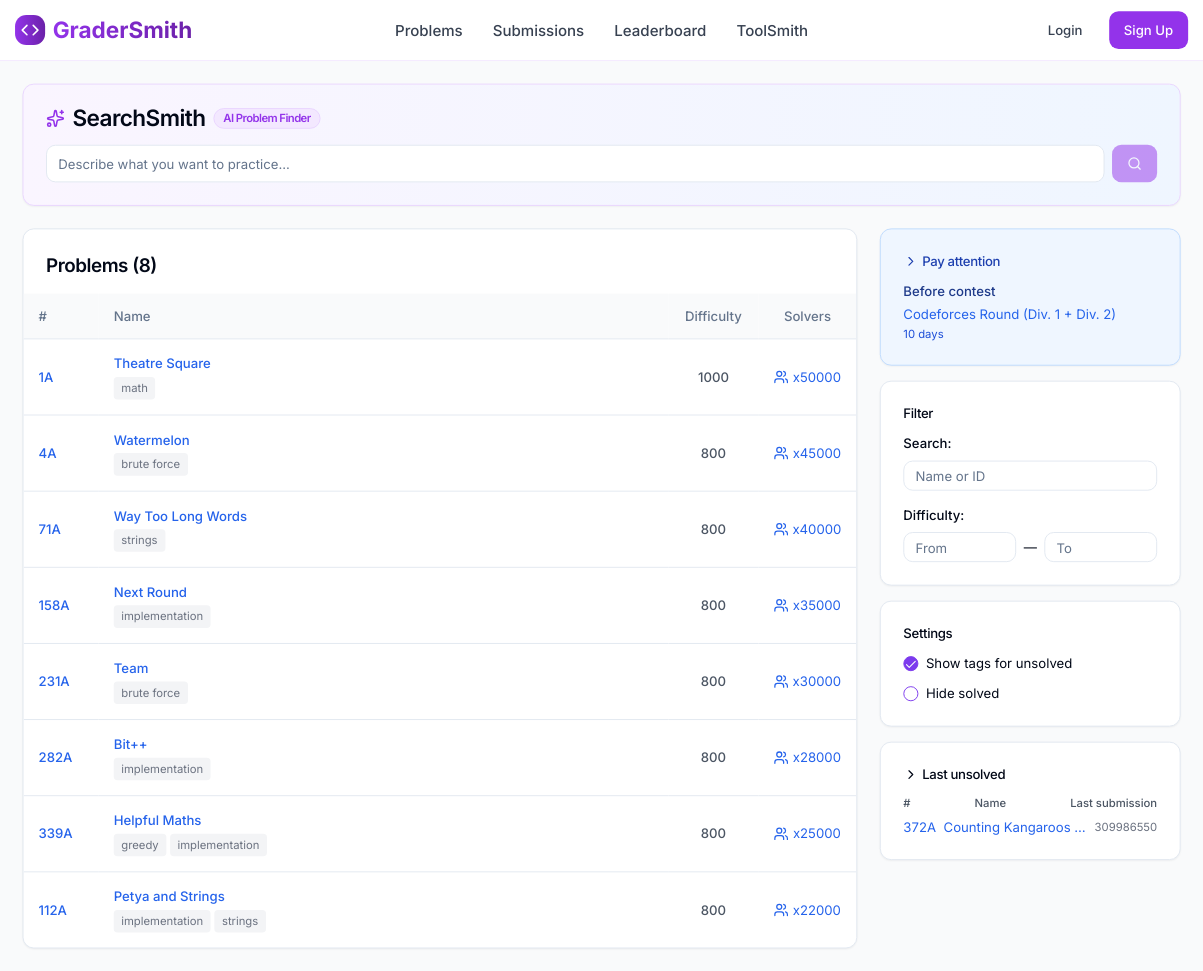
Repository: WOI-Core/TestSmith
Page: /problems
The author's editor kept a copy of each file at every save. The page is drawn from the files as they stood at one save, then again after the next save.
The browser window is 1280 px wide. The pictures show the whole page, at 94% of full size.
The page's requests for data from a server got no answer. The project was rebuilt for these pictures with package versions that can differ from the ones it lists, and the page was loaded fresh each time. The framework's server and built-in components were replaced by stand-ins that run in the browser. No one was signed in, and anything a server would have sent is missing. Also part of the build but not shown: next.config.mjs, components/ui/avatar.tsx, components/ui/dropdown-menu.tsx.

Above is the page before, as saved 2025-07-09 23:41:47.

After the next save:
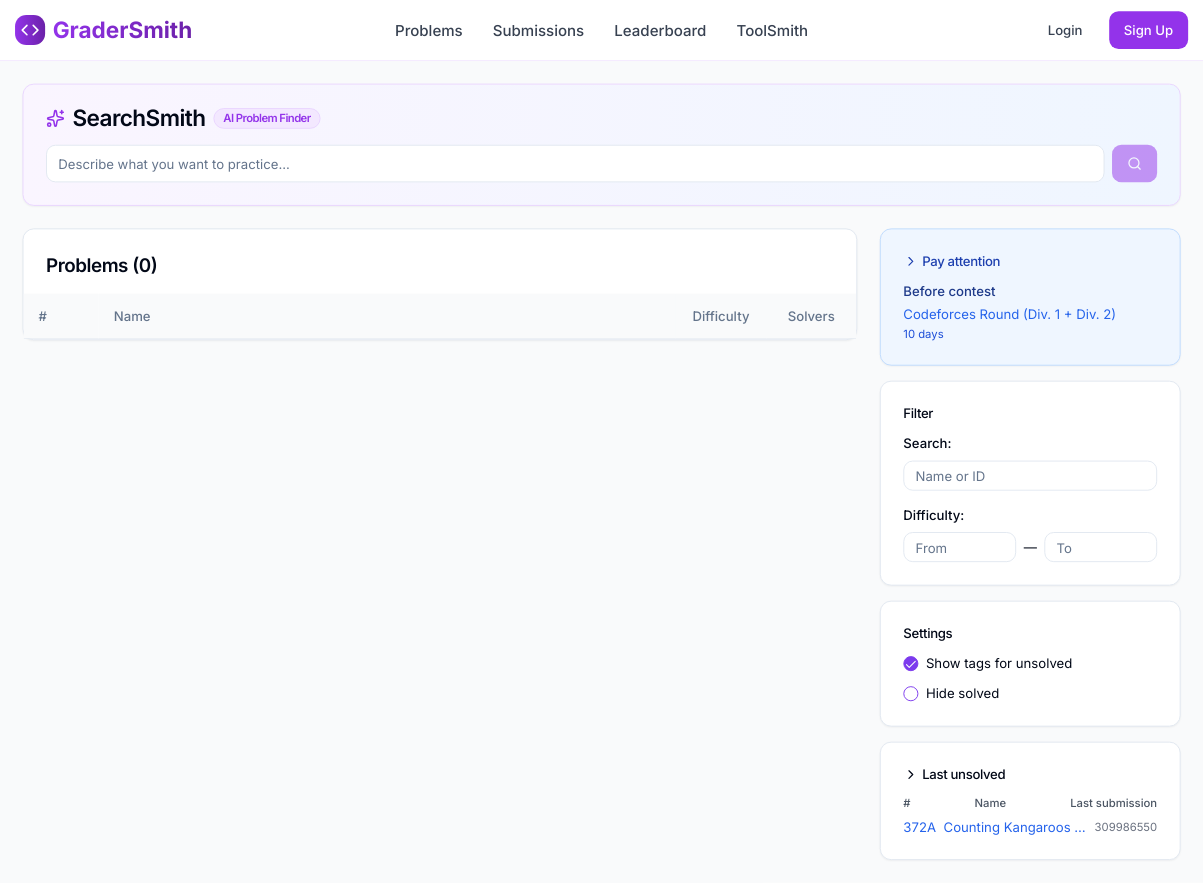
Saved 105 s later.
--- a/app/problems/page.tsx
+++ b/app/problems/page.tsx
@@ -39,32 +39,12 @@
     const fetchProblems = async () => {
       setLoading(true)
       try {
-        // Mock data for demo
-        const mockProblems: Problem[] = [
-          { id: "1A", name: "Theatre Square", tags: ["math"], difficulty: 1000, solvers: 50000, solved: false },
-          { id: "4A", name: "Watermelon", tags: ["brute force"], difficulty: 800, solvers: 45000, solved: true },
-          { id: "71A", name: "Way Too Long Words", tags: ["strings"], difficulty: 800, solvers: 40000, solved: false },
-          { id: "158A", name: "Next Round", tags: ["implementation"], difficulty: 800, solvers: 35000, solved: false },
-          { id: "231A", name: "Team", tags: ["brute force"], difficulty: 800, solvers: 30000, solved: true },
-          { id: "282A", name: "Bit++", tags: ["implementation"], difficulty: 800, solvers: 28000, solved: false },
-          {
-            id: "339A",
-            name: "Helpful Maths",
-            tags: ["greedy", "implementation"],
-            difficulty: 800,
-            solvers: 25000,
-            solved: false,
-          },
-          {
-            id: "112A",
-            name: "Petya and Strings",
-            tags: ["implementation", "strings"],
-            difficulty: 800,
-            solvers: 22000,
-            solved: true,
-          },
-        ]
-        setProblems(mockProblems)
+        const response = await fetch('/api/problems');
+        if (!response.ok) {
+          throw new Error(`Failed to fetch problems: ${response.statusText}`);
+        }
+        const data = await response.json();
+        setProblems(data);
       } catch (err: any) {
         setError(err.message)
       } finally {
@@ -81,13 +61,29 @@
     setError(null)
 
     try {
-      // Mock AI search results
-      const mockResults = problems.slice(0, 3).map((problem) => ({
-        ...problem,
-        relevance: Math.floor(Math.random() * 30) + 70,
-        reason: "Good for practicing " + problem.tags[0],
-      }))
-      setAiSearchResults(mockResults)
+      const response = await fetch('/api/search/v1/query', {
+        method: 'POST',
+        headers: { 'Content-Type': 'application/json' },
+        body: JSON.stringify({ query: aiSearchQuery }),
+      });
+
+      if (!response.ok) {
+        throw new Error(`AI search failed: ${response.statusText}`);
+      }
+
+      const results = await response.json();
+      const recommendedNames: string[] = results.recommended_problems || [];
+
+      const newFiltered = problems
+        .filter(problem => recommendedNames.includes(problem.name))
+        .map(problem => ({
+            ...problem,
+            relevance: Math.floor(Math.random() * 10) + 90, // Add mock relevance
+            reason: `Relevant for practicing ${problem.tags[0] || 'concepts'}.` // Add mock reason
+        }));
+
+      setAiSearchResults(newFiltered);
+
     } catch (err: any) {
       console.error("AI Search failed:", err)
       setError(err.message)
@@ -129,7 +125,6 @@
   return (
     <div className="min-h-screen bg-gray-50">
       <div className="w-full px-6 py-6">
-        {/* SearchSmith - Full width at top */}
         <Card className="shadow-sm mb-6 border-purple-200 bg-gradient-to-r from-purple-50 to-blue-50">
           <CardHeader className="pb-4">
             <CardTitle className="flex items-center">
@@ -176,9 +171,7 @@
           </CardContent>
         </Card>
 
-        {/* Main Layout: Problems table (left-center) + Sidebar (right) */}
         <div className="flex gap-6">
-          {/* Main Problems Area - Takes most of the width */}
           <div className="flex-1">
             <Card className="shadow-sm">
               <CardHeader className="pb-4">
@@ -253,9 +246,7 @@
             </Card>
           </div>
 
-          {/* Compact Right Sidebar - Fixed width */}
           <div className="w-80 flex-shrink-0 space-y-4">
-            {/* Contest Alert */}
             <Card className="border-blue-200 bg-blue-50">
               <CardHeader className="pb-3">
                 <CardTitle className="text-sm font-medium text-blue-800 flex items-center">
@@ -274,7 +265,6 @@
               </CardContent>
             </Card>
 
-            {/* Filter Card */}
             <Card>
               <CardHeader className="pb-3">
                 <CardTitle className="text-sm font-medium">Filter</CardTitle>
@@ -310,7 +300,6 @@
               </CardContent>
             </Card>
 
-            {/* Settings Card */}
             <Card>
               <CardHeader className="pb-3">
                 <CardTitle className="text-sm font-medium">Settings</CardTitle>
@@ -339,7 +328,6 @@
               </CardContent>
             </Card>
 
-            {/* Last Unsolved Card */}
             <Card>
               <CardHeader className="pb-3">
                 <CardTitle className="text-sm font-medium flex items-center">
